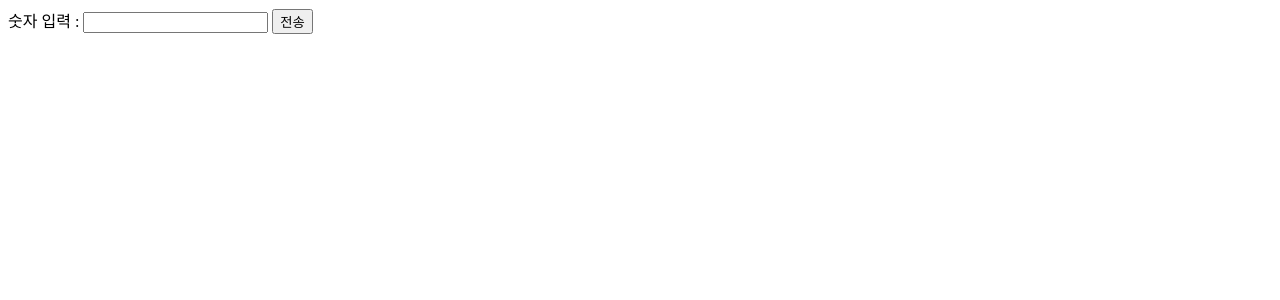
Repository: emthrology/servertest
Page: http://localhost/jspTag/JSTL/jsp_JSTL.jsp
The author's editor kept a copy of each file at every save. The page is drawn from the files as they stood at one save, then again after the next save.
The browser window is 1280 px wide. The pictures show the whole page.
The page is served by Tomcat 9.

Above is the page before, as saved 2019-05-16 05:00:16.

### apache/jspTag/WebContent/JSTL/jsp_JSTL.jsp
<%@ page language="java" contentType="text/html; charset=UTF-8"
    pageEncoding="UTF-8"%>
<!DOCTYPE html>
<html>
<head>
<meta charset="UTF-8">
<title>Insert title here</title>
</head>
<body>
	<form action="jsp_JSPL_if.jsp">
		숫자 입력 : <input type="text" name="num1">
		<input type="submit" value="전송">
 	</form>
</body>
</html>

After the next save:
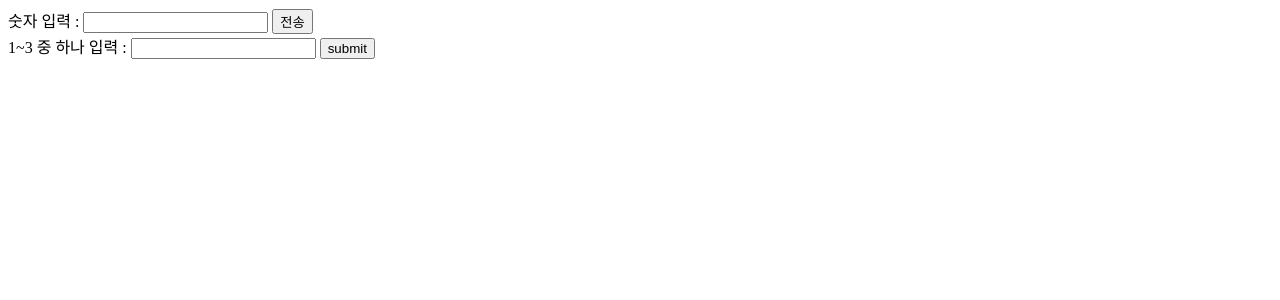
Saved 95 s later.
--- a/apache/jspTag/WebContent/JSTL/jsp_JSTL.jsp
+++ b/apache/jspTag/WebContent/JSTL/jsp_JSTL.jsp
@@ -11,5 +11,9 @@
 		숫자 입력 : <input type="text" name="num1">
 		<input type="submit" value="전송">
  	</form>
+	<form action="jsp_JSTl_choose.jsp">
+		1~3	중 하나 입력 : <input type="text" name="num2">
+		<input type="submit" value="submit">
+	</form>
 </body>
 </html>
